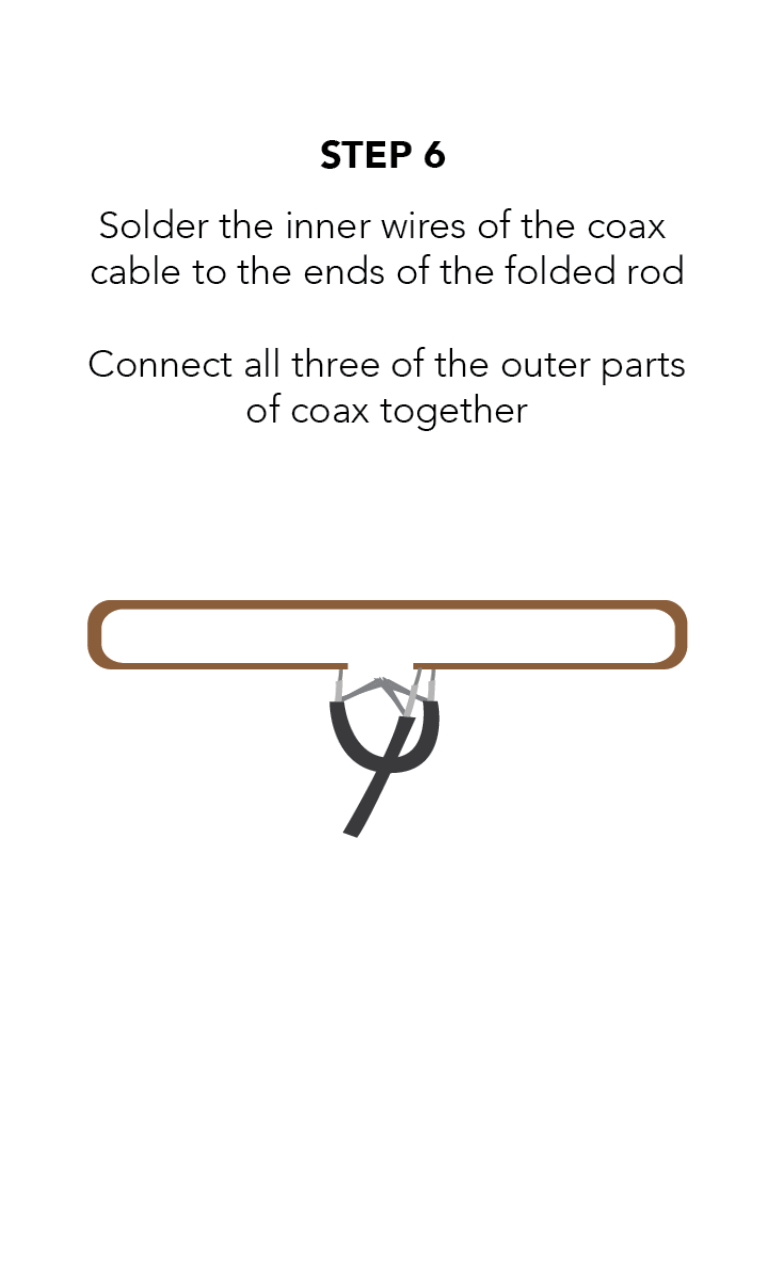
Repository: sbobhate/Android-Applications
Layout: EWBProject/res/layout/fragment_page7.xml
These files come from the project's save history. The layout is drawn as it stood at one moment and after the next save; the edit follows.
It is drawn on a 768 x 1280 px phone screen (xhdpi) without system bars, with theme AppTheme; the app's code is not run.

Above is the layout before, as saved 2014-02-22 13:43:39.

### EWBProject/res/layout/fragment_page7.xml
<?xml version="1.0" encoding="utf-8"?>
<RelativeLayout xmlns:android="http://schemas.android.com/apk/res/android"
    android:layout_width="match_parent"
    android:layout_height="match_parent" >

	<ImageView
        android:id="@+id/step6Tutorial"
        android:src="@drawable/step6tutorial"
        android:contentDescription="@string/step6_tutorial"
        android:layout_width="fill_parent"
        android:layout_height="wrap_content"
        android:layout_marginTop="30dp"
        />

    <ImageView
        android:id="@+id/step6"
        android:src="@drawable/step6"
        android:contentDescription="@string/step6"
        android:layout_width="fill_parent"
        android:layout_height="wrap_content"
        android:layout_below="@+id/step6Tutorial"
        android:layout_marginTop="30dp"
        />

</RelativeLayout>

### EWBProject/res/values-v14/styles.xml
<resources>

    <!--
        Base application theme for API 14+. This theme completely replaces
        AppBaseTheme from BOTH res/values/styles.xml and
        res/values-v11/styles.xml on API 14+ devices.
    -->
    <style name="AppBaseTheme" parent="@android:style/Theme.Holo.Light.NoActionBar.Fullscreen">
        <!-- API 14 theme customizations can go here. -->
    </style>

</resources>

### EWBProject/res/values/strings.xml
<?xml version="1.0" encoding="utf-8"?>
<resources>

    <string name="app_name">EWB Project</string>
    <string name="action_settings">Settings</string>
    <string name="hello_world">Hello world!</string>
    <string name="home_header">Home Header</string>
    <string name="instructions">Instructions</string>
    <string name="reader">Reader</string>
    <string name="home_footer">Footer</string>
    <string name="title_activity_about_us">About Us</string>
    <string name="title_activity_instructions">Instructions</string>
    <string name="materials">Materials</string>
    <string name="hello_blank_fragment">Hello blank fragment</string>
    <string name="step1">Step 1</string>
    <string name="step2">Step 2</string>
    <string name="step3">Step 3</string>
    <string name="step4">Step 4</string>
    <string name="step5">Step 5</string>
    <string name="step6">Step 6</string>
    <string name="step7">Step 7</string>
    <string name="step1_tutorial">Step 1 Tutorial</string>
    <string name="step2_tutorial">Step 2 Tutorial</string>
    <string name="step3_tutorial">Step 3 Tutorial</string>
    <string name="step4_tutorial">Step 4 Tutorial</string>
    <string name="step5_tutorial">Step 5 Tutorial</string>
    <string name="step6_tutorial">Step 6 Tutorial</string>
    <string name="step7_tutorial">Step 7 Tutorial</string>
    <string name="blueprint">Blueprint</string>
    <string name="title_activity_reader">Reader</string>
    <string name="title_activity_cdma_visual">CdmaVisual</string>
    <string name="signal_quality">Signal Quality</string>
    <string name="cdma_title">What is CDMA ?</string>
    <string name="description">Code division multiple access (CDMA) is a channel access method used by various radio communication technologies.
CDMA is an example of multiple access, which is where several transmitters can send information simultaneously over a single communication channel. This allows several users to share a band of frequencies (see bandwidth). To permit this to be achieved without undue interference between the users CDMA employs spread-spectrum technology and a special coding scheme (where each transmitter is assigned a code).
CDMA is used as the access method in many mobile phone standards such as cdmaOne, CDMA2000 (the 3G evolution of cdmaOne), and WCDMA (the 3G standard used by GSM carriers), which are often referred to as simply CDMA.</string>
	<string name="about_us">About Us</string>

</resources>

Loaded but not shown: EWBProject/res/values/styles.xml (common file); EWBProject/res/values-v11/styles.xml (common file)

After the next save:
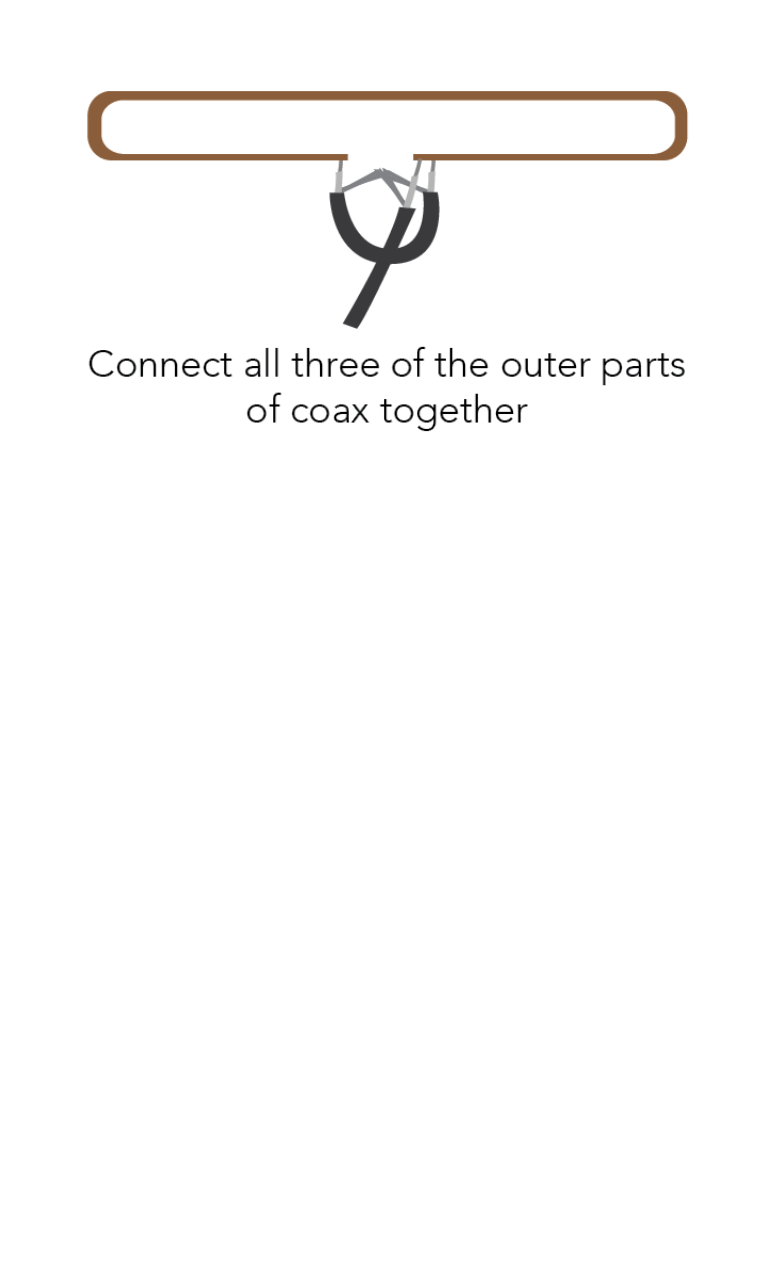
Saved 9 s later.
--- a/EWBProject/res/layout/fragment_page7.xml
+++ b/EWBProject/res/layout/fragment_page7.xml
@@ -18,7 +18,7 @@
         android:contentDescription="@string/step6"
         android:layout_width="fill_parent"
         android:layout_height="wrap_content"
-        android:layout_below="@+id/step6Tutorial"
+        android:layout_below="@+id/step5Tutorial"
         android:layout_marginTop="30dp"
         />
 

After the save that followed:
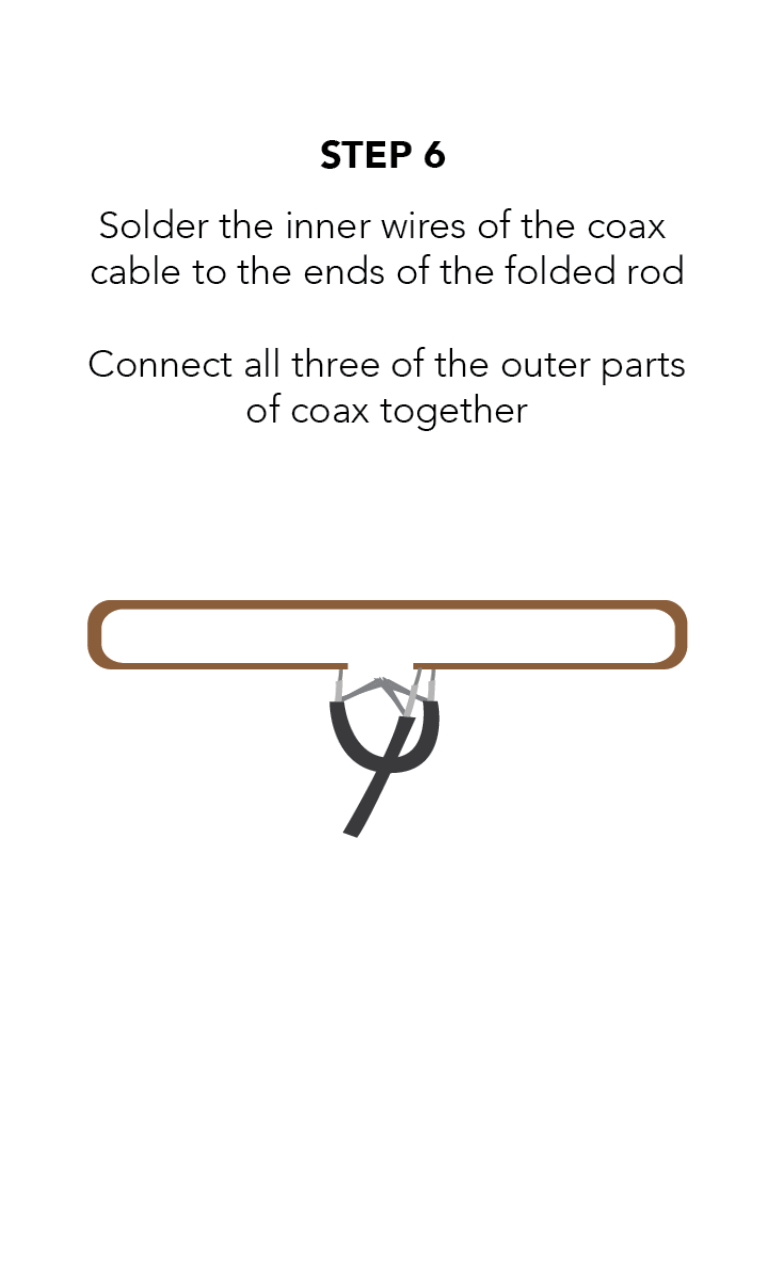
Saved 12 s later.
--- a/EWBProject/res/layout/fragment_page7.xml
+++ b/EWBProject/res/layout/fragment_page7.xml
@@ -18,7 +18,7 @@
         android:contentDescription="@string/step6"
         android:layout_width="fill_parent"
         android:layout_height="wrap_content"
-        android:layout_below="@+id/step5Tutorial"
+        android:layout_below="@+id/step6Tutorial"
         android:layout_marginTop="30dp"
         />
 
